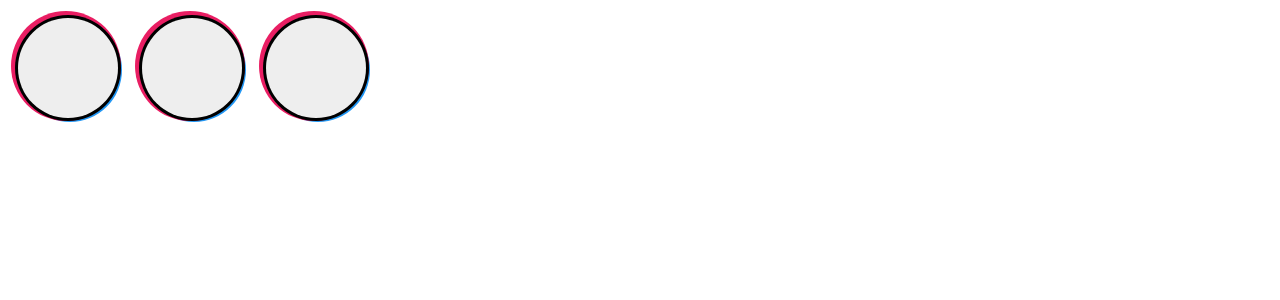
Repository: Body789/CSS_ELZERO
Page: Assignments/Assigmennt_10/Assignment_1/index.html
An editor plug-in stored every save of this project. The page is shown before and after the next save, followed by the edit.
The browser window is 1280 px wide. The pictures show the whole page.

Above is the page before, as saved 2022-09-18 00:26:18.

After the next save:
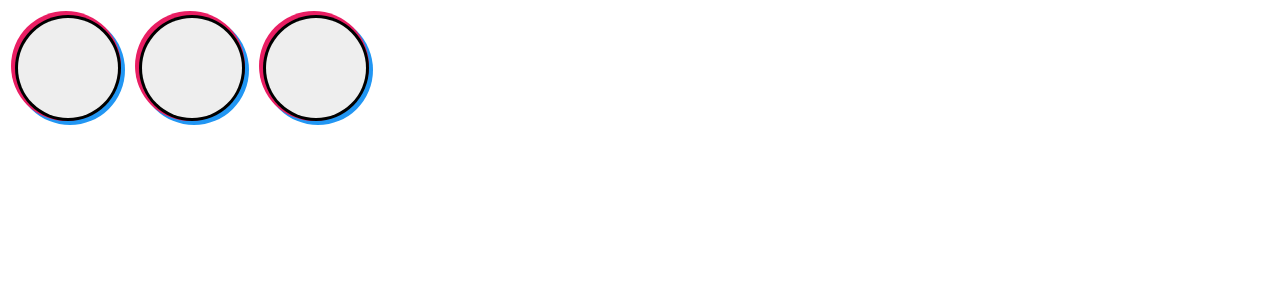
Saved 7 s later.
--- a/Assignments/Assigmennt_10/Assignment_1/Css/style.css
+++ b/Assignments/Assigmennt_10/Assignment_1/Css/style.css
@@ -1,5 +1,5 @@
 div {
-  box-shadow: 0px 0px 0px 3px black, -2px -2px 0px 5px #e91e63, 2px 2px 0px 2px #2196f3;
+  box-shadow: 0px 0px 0px 3px black, -2px -2px 0px 5px #e91e63, 2px 2px 0px 5px #2196f3;
   width: 100px;
   height: 100px;
   display: inline-block;
